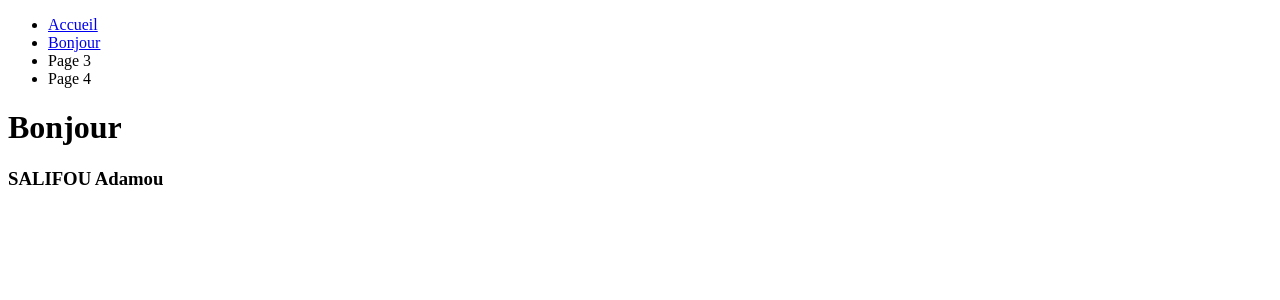
Repository: ibnadam2010/eclipse-workspace
Page: http://localhost/test/Test
These files come from the project's save history. The page is drawn as it stood at one moment and after a run of saves; the edit follows.
The browser window is 1280 px wide. The pictures show the whole page.
The page is served by Tomcat 9.

Above is the page before, as saved 2020-11-26 20:30:39.

After the next 2 saves:
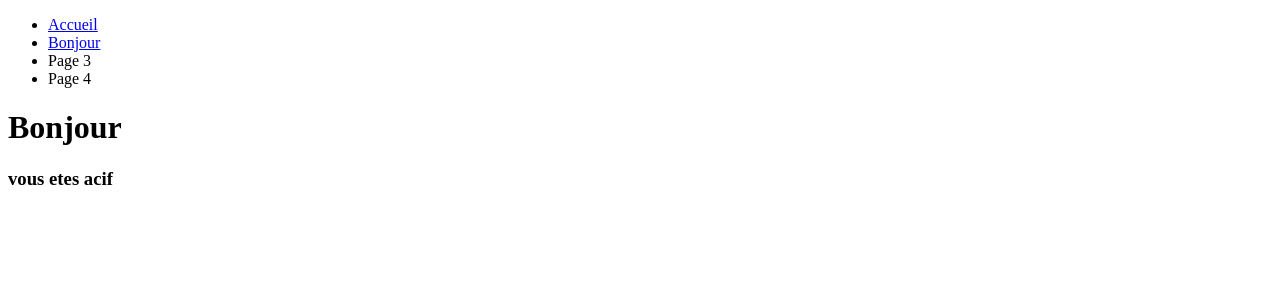
The 2 saves are shown as one change because 1 did not build or start.
The last was saved 5 min 35 s later.
--- a/test/WebContent/WEB-INF/bonjour.jsp
+++ b/test/WebContent/WEB-INF/bonjour.jsp
@@ -11,7 +11,7 @@
 <h1>Bonjour</h1>
 
 <h3>
-${auteur.nom} ${auteur.prenom }
+${auteur.actif?'vous etes acif': 'Pas trop actif' }
 </h3>
 </body>
 </html>
